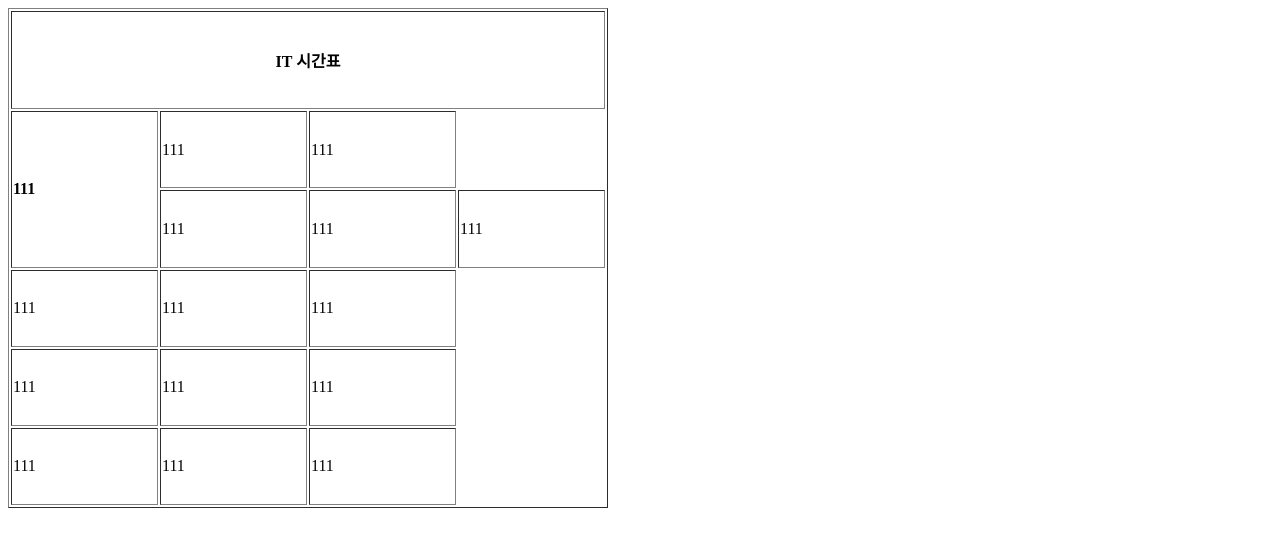
Repository: cleangggg/front
Page: html/ex06.html
The author's editor kept a copy of each file at every save. The page is drawn from the files as they stood at one save, then again after the next save.
The browser window is 1280 px wide. The pictures show the whole page.

Above is the page before, as saved 2023-05-22 04:55:07.

### html/ex06.html
<!DOCTYPE html>
<html>
<head>
<meta charset="UTF-8">
<title>Insert title here</title>
</head>
<body>
<table border = "1" height = "500" width = "600">
		<tr >
			<th colspan="6">IT 시간표</th>
		</tr>
		<tr>
			<td rowspan="2"><b>111</b></td> <td>111</td> <td>111</td>
		</tr>
		<tr>
			<td>111</td> <td>111</td> <td>111</td>
		</tr>
		<tr>
			<td>111</td> <td>111</td> <td>111</td>
		</tr>
		<tr>
			<td>111</td> <td>111</td> <td>111</td>
		</tr>
		<tr>
			<td>111</td> <td>111</td> <td>111</td>
		</tr>

	</table>

</body>
</html>

After the next save:
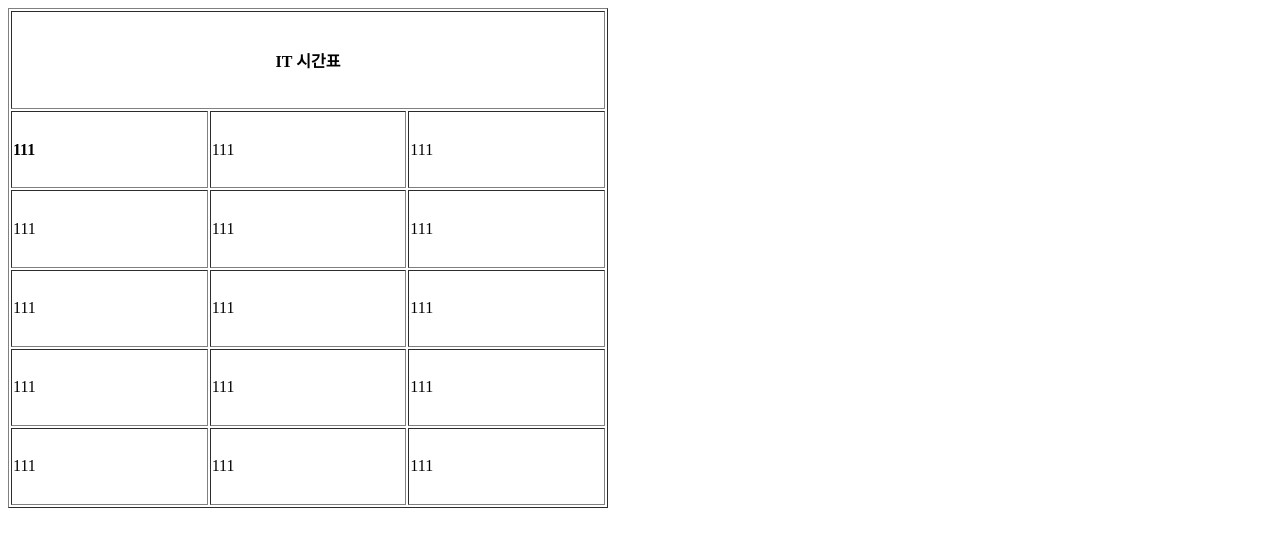
Saved 13 s later.
--- a/html/ex06.html
+++ b/html/ex06.html
@@ -10,7 +10,7 @@
 			<th colspan="6">IT 시간표</th>
 		</tr>
 		<tr>
-			<td rowspan="2"><b>111</b></td> <td>111</td> <td>111</td>
+			<td><b>111</b></td> <td>111</td> <td>111</td>
 		</tr>
 		<tr>
 			<td>111</td> <td>111</td> <td>111</td>
